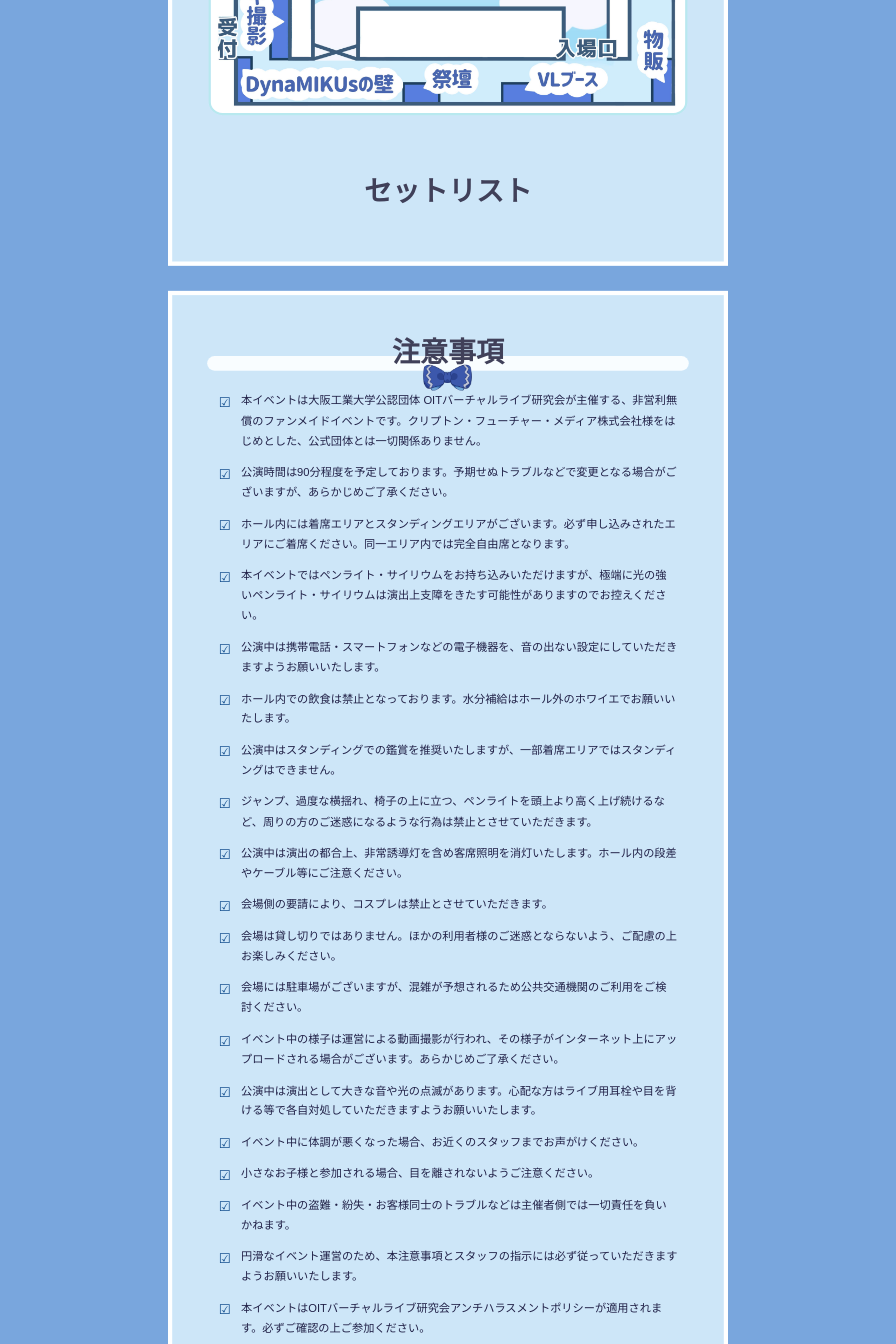
Repository: oitvl/oitvl.com
Page: dynamikus/2025/index.html
These files come from the project's save history. The page is drawn as it stood at one moment and after the next save; the edit follows.
The browser window is 1280 px wide. The pictures show the part of the page from y = 4162 to 6082 px (the page is 7691 px tall before and 7677 px after), at 70% of full size.
A picture or video elsewhere on the page could not be fetched, so the positions and the page height are approximate. Some web fonts or font styles are not loaded; a fallback is used.

Above is the page before, as saved 2025-09-21 00:13:54.

After the next save:
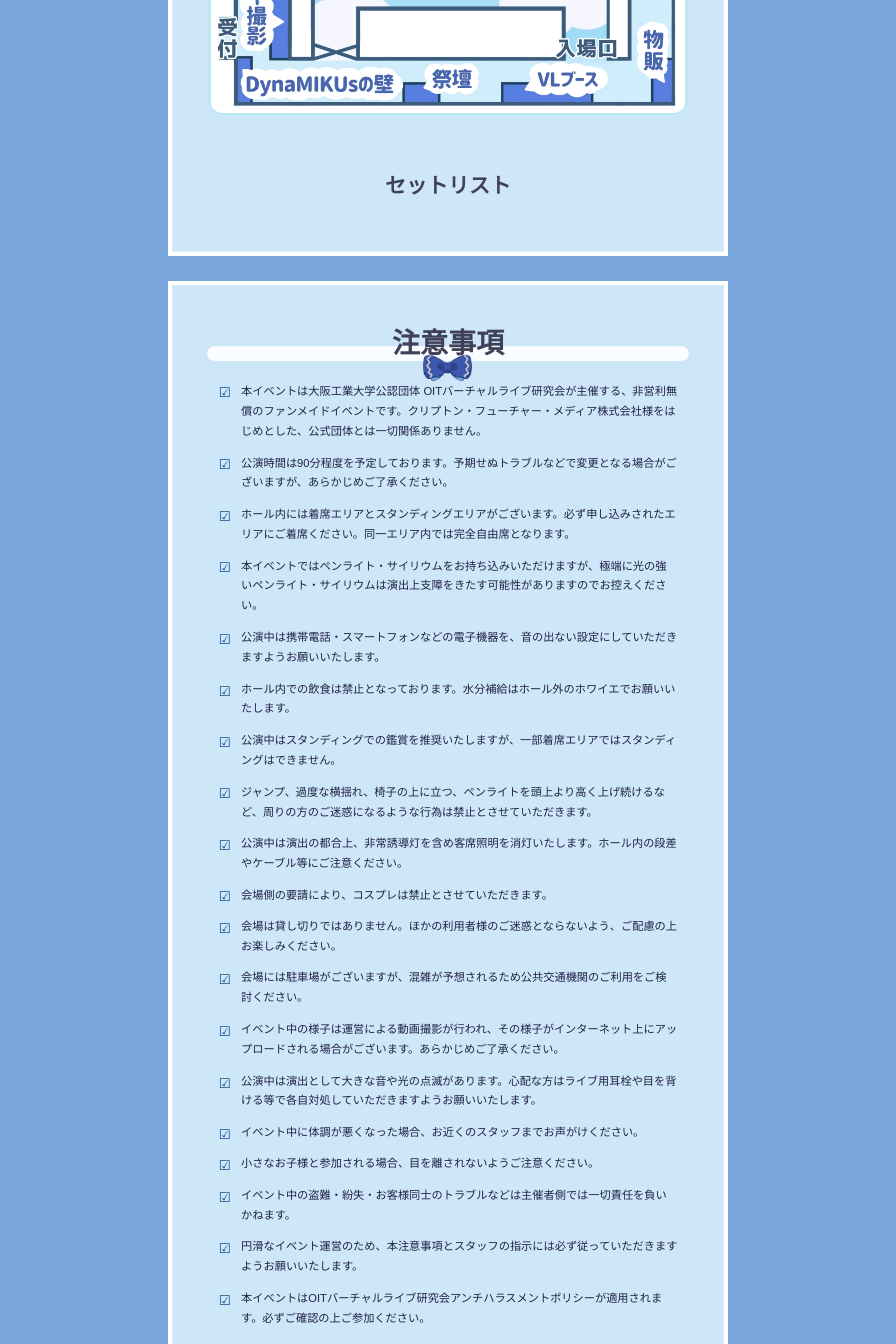
Saved 31 s later.
--- a/dynamikus/2025/index.css
+++ b/dynamikus/2025/index.css
@@ -502,6 +502,7 @@
 
 #kikaku li h3{
   margin-top: 10%;
+  font-size: min(8vw, 30px);
 }
 /*------------------------*/
 
